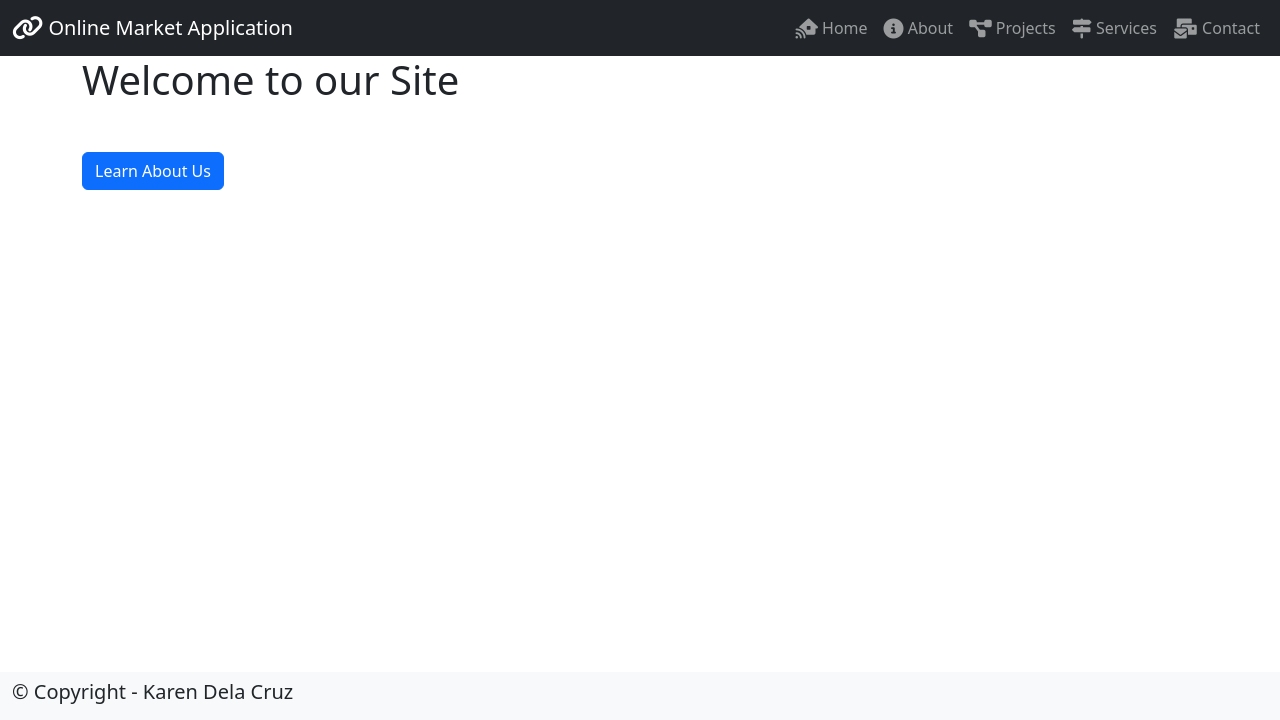
Repository: kdelacruz923/COMP229_Front_End
Page: /
The author's editor kept a copy of each file at every save. The page is drawn from the files as they stood at one save, then again after a run of saves.
The browser window is 1280 px wide. The pictures show the whole page.
The project was rebuilt for these pictures with package versions that can differ from the ones it lists, and the page was loaded fresh each time. Also part of the build but not shown: src/App.css.

Above is the page before, as saved 2023-10-27 19:00:57.

After the next 2 saves:
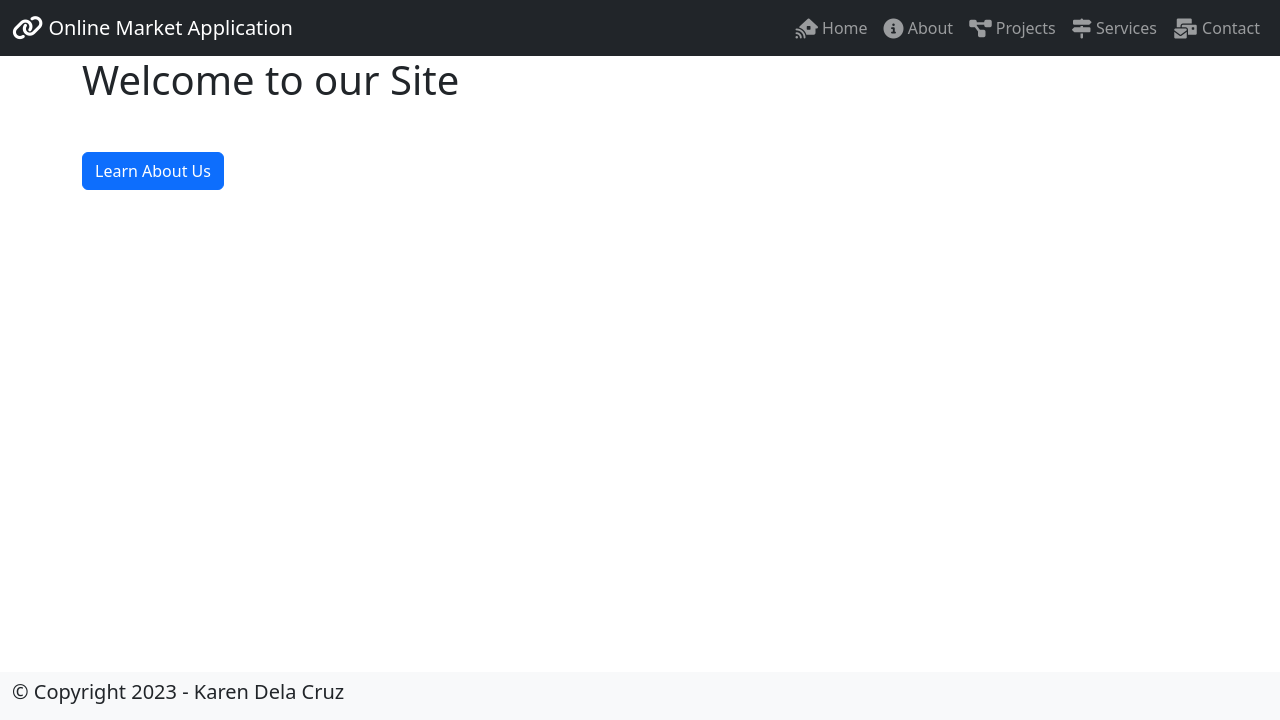
The 2 saves are shown as one change because they came seconds apart.
The last was saved 5 s later.
--- a/src/components/footer.tsx
+++ b/src/components/footer.tsx
@@ -13,7 +13,7 @@ function Footer()
 
         <nav className="navbar fixed-bottom bg-light">
             <div className="container-fluid">
-            <h5 id="copyright">&copy; Copyright  - Karen Dela Cruz</h5>
+            <h5 id="copyright">&copy; Copyright {getDate()} - Karen Dela Cruz</h5>
             </div>
         </nav>
 
